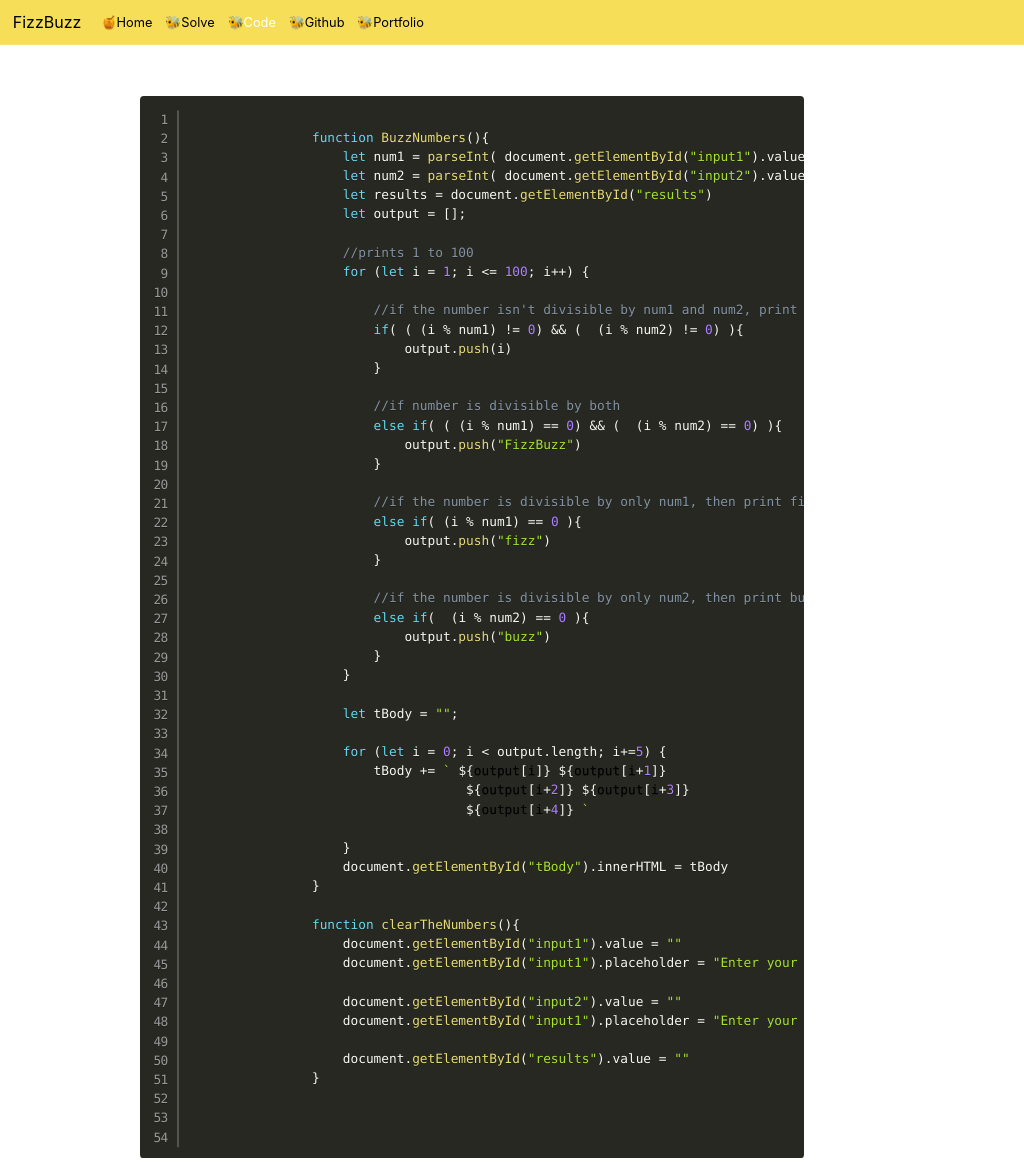
Repository: zhadjah9559/FizzBuzz
Page: code.html
These files come from the project's save history. The page is drawn as it stood at one moment and after the next save; the edit follows.
The browser window is 1280 px wide. The pictures show the whole page, at 80% of full size.

Above is the page before, as saved 2021-01-15 15:12:10.

After the next save:
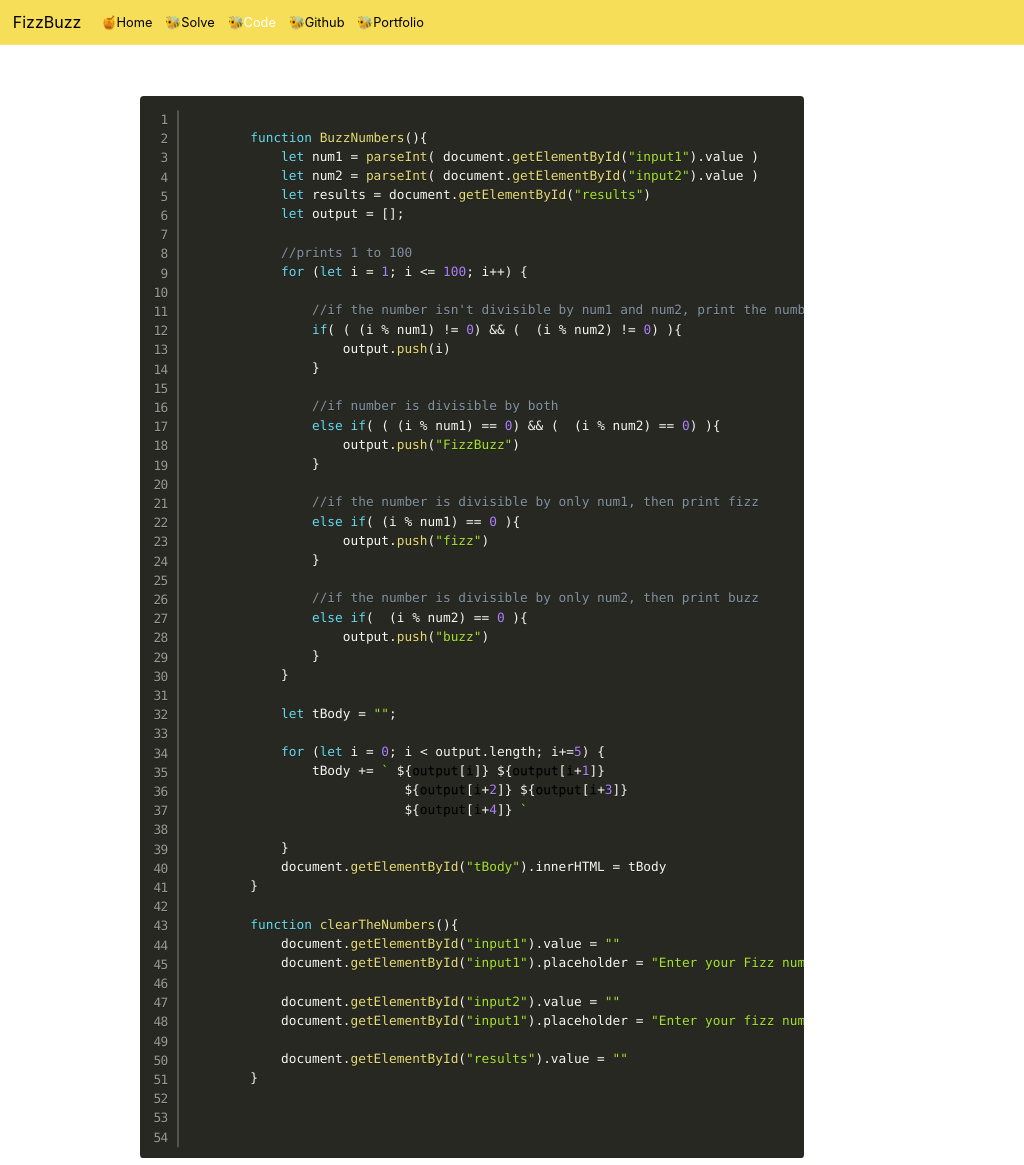
Saved 7 s later.
--- a/code.html
+++ b/code.html
@@ -47,56 +47,56 @@
             <div class="col">
 
                 <pre class="line-numbers"><code class="language-javascript">
-                function BuzzNumbers(){
-                    let num1 = parseInt( document.getElementById("input1").value )
-                    let num2 = parseInt( document.getElementById("input2").value )
-                    let results = document.getElementById("results")
-                    let output = [];
+        function BuzzNumbers(){
+            let num1 = parseInt( document.getElementById("input1").value )
+            let num2 = parseInt( document.getElementById("input2").value )
+            let results = document.getElementById("results")
+            let output = [];
 
-                    //prints 1 to 100
-                    for (let i = 1; i <= 100; i++) {
+            //prints 1 to 100
+            for (let i = 1; i <= 100; i++) {
 
-                        //if the number isn't divisible by num1 and num2, print the number itself
-                        if( ( (i % num1) != 0) && (  (i % num2) != 0) ){
-                            output.push(i)
-                        }
-
-                        //if number is divisible by both
-                        else if( ( (i % num1) == 0) && (  (i % num2) == 0) ){
-                            output.push("FizzBuzz")
-                        }
-
-                        //if the number is divisible by only num1, then print fizz
-                        else if( (i % num1) == 0 ){
-                            output.push("fizz")
-                        }
-
-                        //if the number is divisible by only num2, then print buzz
-                        else if(  (i % num2) == 0 ){
-                            output.push("buzz")
-                        }
-                    }
-
-                    let tBody = "";
-
-                    for (let i = 0; i < output.length; i+=5) {
-                        tBody += `<tr> <td>${output[i]}</td> <td>${output[i+1]}</td>
-                                    <td>${output[i+2]}</td> <td>${output[i+3]}</td>
-                                    <td>${output[i+4]}</td> </tr>`
-
-                    }
-                    document.getElementById("tBody").innerHTML = tBody
+                //if the number isn't divisible by num1 and num2, print the number itself
+                if( ( (i % num1) != 0) && (  (i % num2) != 0) ){
+                    output.push(i)
                 }
 
-                function clearTheNumbers(){
-                    document.getElementById("input1").value = ""
-                    document.getElementById("input1").placeholder = "Enter your Fizz number"
+                //if number is divisible by both
+                else if( ( (i % num1) == 0) && (  (i % num2) == 0) ){
+                    output.push("FizzBuzz")
+                }
 
-                    document.getElementById("input2").value = ""
-                    document.getElementById("input1").placeholder = "Enter your fizz number"
+                //if the number is divisible by only num1, then print fizz
+                else if( (i % num1) == 0 ){
+                    output.push("fizz")
+                }
 
-                    document.getElementById("results").value = ""
+                //if the number is divisible by only num2, then print buzz
+                else if(  (i % num2) == 0 ){
+                    output.push("buzz")
                 }
+            }
+
+            let tBody = "";
+
+            for (let i = 0; i < output.length; i+=5) {
+                tBody += `<tr> <td>${output[i]}</td> <td>${output[i+1]}</td>
+                            <td>${output[i+2]}</td> <td>${output[i+3]}</td>
+                            <td>${output[i+4]}</td> </tr>`
+
+            }
+            document.getElementById("tBody").innerHTML = tBody
+        }
+
+        function clearTheNumbers(){
+            document.getElementById("input1").value = ""
+            document.getElementById("input1").placeholder = "Enter your Fizz number"
+
+            document.getElementById("input2").value = ""
+            document.getElementById("input1").placeholder = "Enter your fizz number"
+
+            document.getElementById("results").value = ""
+        }
 
 
             </code></pre>
